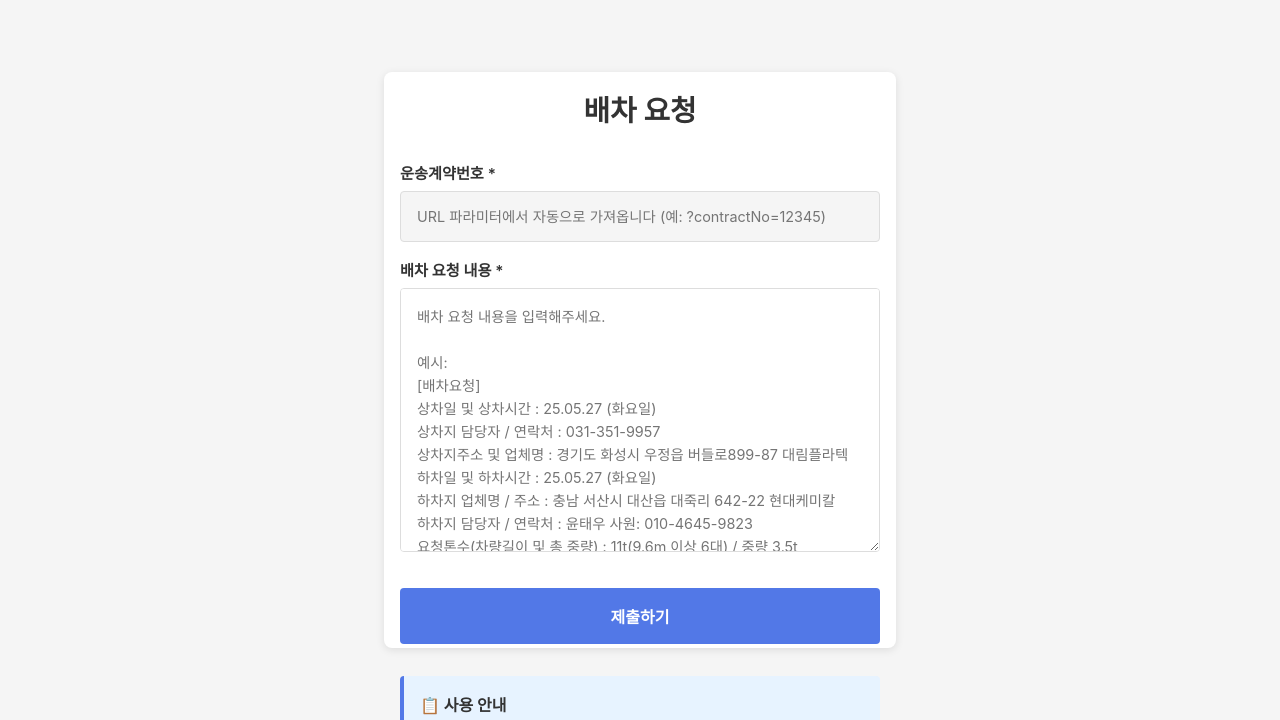
Repository: deul428/logis_transport
Page: / (app in frontend/)
An editor plug-in stored every save of this project. The page is shown before and after a run of saves, followed by the edit.
The browser window is 1280 px wide. The pictures show the whole page.
The project was rebuilt for these pictures with package versions that can differ from the ones it lists, and the page was loaded fresh each time. Also part of the build but not shown: frontend/src/App.scss.

Above is the page before, as saved 2025-11-13 13:52:26.

### frontend/public/index.html
<!DOCTYPE html>
<html lang="en">
  <head>
    <meta charset="utf-8" />
    <link rel="icon" href="%PUBLIC_URL%/favicon.ico" />
    <meta name="viewport" content="width=device-width, initial-scale=1" />
    <meta name="theme-color" content="#000000" />
    <meta
      name="description"
      content="Web site created using create-react-app"
    />
    <link rel="apple-touch-icon" href="%PUBLIC_URL%/android-icon-192x192.png" />
    <!--
      manifest.json provides metadata used when your web app is installed on a
      user's mobile device or desktop. See https://developers.google.com/web/fundamentals/web-app-manifest/
    -->
    <link rel="manifest" href="%PUBLIC_URL%/manifest.json" />
    <!--
      Notice the use of %PUBLIC_URL% in the tags above.
      It will be replaced with the URL of the `public` folder during the build.
      Only files inside the `public` folder can be referenced from the HTML.

      Unlike "/favicon.ico" or "favicon.ico", "%PUBLIC_URL%/favicon.ico" will
      work correctly both with client-side routing and a non-root public URL.
      Learn how to configure a non-root public URL by running `npm run build`.
    -->
    <title>로지스 운송 오더</title>
  </head>
  <body>
    <div id="root"></div>
    <!--
      This HTML file is a template.
      If you open it directly in the browser, you will see an empty page.

      You can add webfonts, meta tags, or analytics to this file.
      The build step will place the bundled scripts into the <body> tag.

      To begin the development, run `npm start` or `yarn start`.
      To create a production bundle, use `npm run build` or `yarn build`.
    -->
  </body>
</html>

### frontend/src/App.js
import { useState, useEffect } from "react";
import "./App.scss";
import "./styles/transport.scss";

function App() {
  const [contractNo, setContractNo] = useState("");
  const [content, setContent] = useState("");
  const [isSubmitted, setIsSubmitted] = useState(false);

  useEffect(() => {
    // URL에서 계약 번호 파라미터 읽기
    const params = new URLSearchParams(window.location.search);
    const contractNoParam =
      params.get("contractNo") || params.get("contract") || "";

    if (contractNoParam) {
      setContractNo(contractNoParam);
    }
  }, []);

  // 구글 폼 제출
  const handleSubmit = async (e) => {
    e.preventDefault();

    if (!contractNo.trim()) {
      alert(
        "계약 번호가 없습니다. URL에 계약 번호를 포함해주세요. (예: ?contractNo=12345)"
      );
      return;
    }

    if (!content.trim()) {
      alert("배차 요청 내용을 입력해 주세요.");
      return;
    }

    try {
      // 제출 시간 생성 (한국 시간)
      const now = new Date();
      const koreaTimeOffset = 9 * 60; // 한국은 UTC+9
      const koreaTime = new Date(now.getTime() + koreaTimeOffset * 60 * 1000);
      const year = koreaTime.getFullYear();
      const month = String(koreaTime.getMonth() + 1).padStart(2, "0");
      const day = String(koreaTime.getDate()).padStart(2, "0");
      const hours = String(koreaTime.getHours()).padStart(2, "0");
      const minutes = String(koreaTime.getMinutes()).padStart(2, "0");
      const seconds = String(koreaTime.getSeconds()).padStart(2, "0");
      const submitTime = `${year}-${month}-${day} ${hours}:${minutes}:${seconds}`;

      const formData = new FormData();
      // 계약 번호 필드 (구글 폼의 entry ID로 변경 필요)
      formData.append("entry.1271596132", contractNo);
      // 배차 요청 내용 필드 (구글 폼의 entry ID로 변경 필요)
      formData.append("entry.1285765036", content);


      // 구글 폼 URL (실제 구글 폼 URL로 변경 필요)
      const googleFormUrl =
        "https://docs.google.com/forms/d/e/1FAIpQLSepUaIyU7xQX5y7V2-OXf7BZamqW1xnarS4jM8SswiHX2m2rA/formResponse";

      await fetch(googleFormUrl, {
        method: "POST",
        body: formData,
        mode: "no-cors",
      });

      setIsSubmitted(true);
    } catch (err) {
      alert("오류가 발생했습니다. 관리자에게 문의해 주세요.");
      console.error(err);
    }
  };

  const resetForm = () => {
    setContent("");
    setIsSubmitted(false);
  };

  return (
    <div id="transport">
      <div className="cntnt_box">
        <div className="transport_header">
          <h2>배차 요청</h2>
        </div>

        {/* 입력 폼 */}
        {!isSubmitted && (
          <div id="input_area">
            <form id="customForm" onSubmit={handleSubmit}>
              <div className="input_field">
                <label>운송계약번호 *</label>
                <input
                  type="text"
                  value={contractNo}
                  disabled
                  placeholder="URL 파라미터에서 자동으로 가져옵니다 (예: ?contractNo=12345)"
                  style={{
                    backgroundColor: "#f5f5f5",
                    cursor: "not-allowed",
                    color: "#666",
                  }}
                />
              </div>

              <div className="input_field">
                <label>배차 요청 내용 *</label>
                <textarea
                  name="content"
                  rows={10}
                  placeholder={`배차 요청 내용을 입력해주세요.

예시:
[배차요청]
상차일 및 상차시간 : 25.05.27 (화요일)
상차지 담당자 / 연락처 : 031-351-9957
상차지주소 및 업체명 : 경기도 화성시 우정읍 버들로899-87 대림플라텍
하차일 및 하차시간 : 25.05.27 (화요일)
하차지 업체명 / 주소 : 충남 서산시 대산읍 대죽리 642-22 현대케미칼
하차지 담당자 / 연락처 : 윤태우 사원: 010-4645-9823
요청톤수(차량길이 및 총 중량) : 11t(9.6m 이상 6대) / 중량 3.5t
수작업유무 Y/N : N
※요청차량대수 : 총 8대`}
                  value={content}
                  onChange={(e) => setContent(e.target.value)}
                />
              </div>

              <button type="submit">제출하기</button>
            </form>
          </div>
        )}

        {/* 결과 표시 영역 */}
        {isSubmitted && (
          <div id="result_area">
            <h2>접수가 완료되었습니다.</h2>
            <div id="submittedData" className="card">
              <div className="rows row_01">
                <h3>운송계약번호</h3>
                <p>{contractNo || "미입력"}</p>
              </div>
              <div className="rows row_02">
                <h3>배차 요청 내용</h3>
                <p style={{ whiteSpace: "pre-wrap", wordBreak: "break-word" }}>
                  {content}
                </p>
              </div>
            </div>
            <button id="newResponseLink" onClick={resetForm}>
              신규 접수하기
            </button>
          </div>
        )}

        {/* 안내 영역 */}
        {!isSubmitted && (
          <div id="desc_area">
            <div className="info_box">
              <h4>📋 사용 안내</h4>
              <p>
                1. URL에 계약 번호를 포함하여 접근하세요. (예:
                ?contractNo=12345)
                <br />
                2. 배차 요청 내용을 입력한 후 제출 버튼을 클릭하세요.
                <br />
                3. 제출 시간은 자동으로 기록됩니다.
              </p>
            </div>
          </div>
        )}
      </div>
    </div>
  );
}

export default App;

### frontend/src/styles/transport.scss
#transport {
  width: 100dvw;
  height: 100dvh;
  margin: 0 auto;
  min-height: 100vh;
  background-color: #f5f5f5;
  display: flex;
  justify-content: center;
  align-items: center;
  overflow: hidden;

  .cntnt_box {
    padding: 1rem;
    height: calc(80% - 2rem);
    width: calc(40% - 2rem);
    background-color: white;
    border-radius: 8px;
    box-shadow: 0 2px 8px rgba(0, 0, 0, 0.1);

    .transport_header {
      text-align: center;
      margin-bottom: 2rem;

      h2 {
        margin: 0 0 0.2rem;
        font-size: 1.8rem;
        color: #333;
      }
    }

    #input_area {
      margin-bottom: 1rem;
      width: 100%;

      form {
        margin: 0 auto;
        text-align: left;

        .input_field {
          margin-bottom: 1rem;

          label {
            display: block;
            margin-bottom: 8px;
            font-weight: 600;
            color: #333;
            font-size: 0.95rem;
          }

          input,
          textarea {
            font-size: 0.9rem;
            font-family: inherit;
            width: 100%;
            padding: 1rem;
            border: 1px solid #ddd;
            border-radius: 0.25rem;
            box-sizing: border-box;
            transition: border-color 0.3s;

            &:focus {
              outline: none;
              border-color: #5278e7;
            }

            &:disabled {
              background-color: #f5f5f5;
              cursor: not-allowed;
              color: #666;
            }
          }

          textarea {
            resize: vertical;
            line-height: 1.6;
          }
        }

        button[type="submit"] {
          width: 100%;
          padding: 1rem 0.5rem;
          background-color: #5278e7;
          color: white;
          border: none;
          border-radius: 0.25rem;
          font-size: 1rem;
          font-weight: 600;
          cursor: pointer;
          transition: background-color 0.3s;
          margin-top: 1rem;

          &:hover {
            background-color: #4268d6;
          }

          &:active {
            background-color: #3258c6;
          }
        }
      }
    }

    #result_area {
      margin: -1rem 0 0;
      width: 100%;
      text-align: center;

      h2 {
        margin: 0 0 1rem;
        font-size: 1.5rem;
        color: #333;
      }

      #submittedData {
        text-align: left;
        margin-bottom: 1rem;
        background-color: #f9f9f9;
        border-radius: 0.25rem;
        padding: 1rem;
        box-shadow: none;

        div.rows {
          width: 100%;
          margin-bottom: 1rem;

          &:last-child {
            margin-bottom: 0;
          }

          h3 {
            margin-top: 0;
            margin-bottom: 1rem;
            font-size: 1rem;
            color: #5278e7;
          }

          p {
            white-space: pre-wrap;
            word-break: break-word;
            overflow-wrap: break-word;
            margin: 0;
            color: #333;
            line-height: 1.6;
          }
        }
      }

      #newResponseLink {
        width: 100%;
        padding: 1rem;
        background-color: #6c757d;
        color: white;
        border: none;
        border-radius: 0.25rem;
        font-size: 0.95rem;
        font-weight: 600;
        cursor: pointer;
        transition: background-color 0.3s;
        margin-top: 1rem;

        &:hover {
          background-color: #5a6268;
        }
      }
    }

    #desc_area {
      width: 100%;
      margin-top: 2rem;

      .info_box {
        background-color: #e7f3ff;
        border-left: 0.25rem solid #5278e7;
        padding: 1rem;
        border-radius: 0.25rem;

        h4 {
          margin: 0 0 1rem;
          font-size: 1rem;
          color: #333;
        }

        p {
          margin: 0;
          font-size: 0.9rem;
          color: #555;
          line-height: 1.6;
        }
      }
    }
  }

  /* 반응형 */
  @media (max-width: 768px) {
    padding: 1rem;

    .cntnt_box {
      padding: 1rem;

      .transport_header h2 {
        font-size: 1.5rem;
      }

      #input_area form .input_field textarea {
        min-height: 250px;
      }
    }
  }
}

Loaded but not shown: frontend/src/index.js (common file); frontend/src/index.css (common file); frontend/src/reportWebVitals.js (common file)

After the next 3 saves:
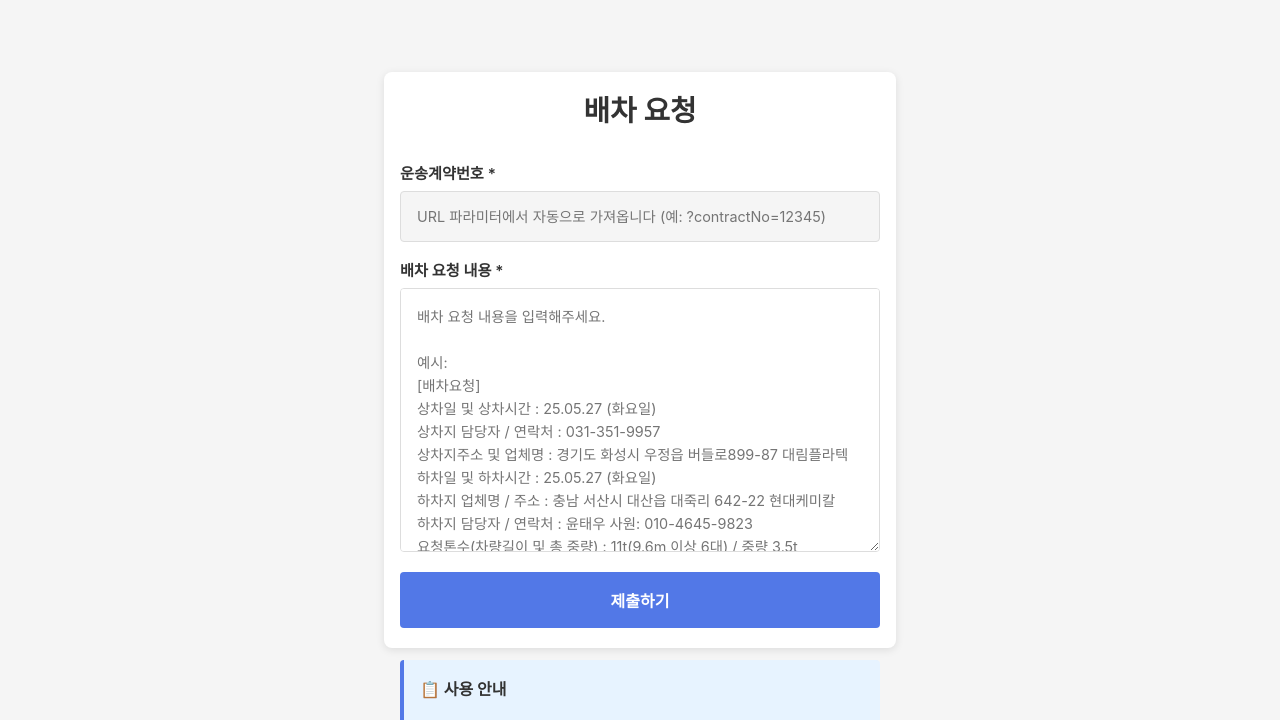
The 3 saves are shown as one change because they came seconds apart.
The last was saved 14 s later.
--- a/frontend/src/styles/transport.scss
+++ b/frontend/src/styles/transport.scss
@@ -87,7 +87,6 @@
           font-weight: 600;
           cursor: pointer;
           transition: background-color 0.3s;
-          margin-top: 1rem;
 
           &:hover {
             background-color: #4268d6;
@@ -101,7 +100,6 @@
     }
 
     #result_area {
-      margin: -1rem 0 0;
       width: 100%;
       text-align: center;
 
